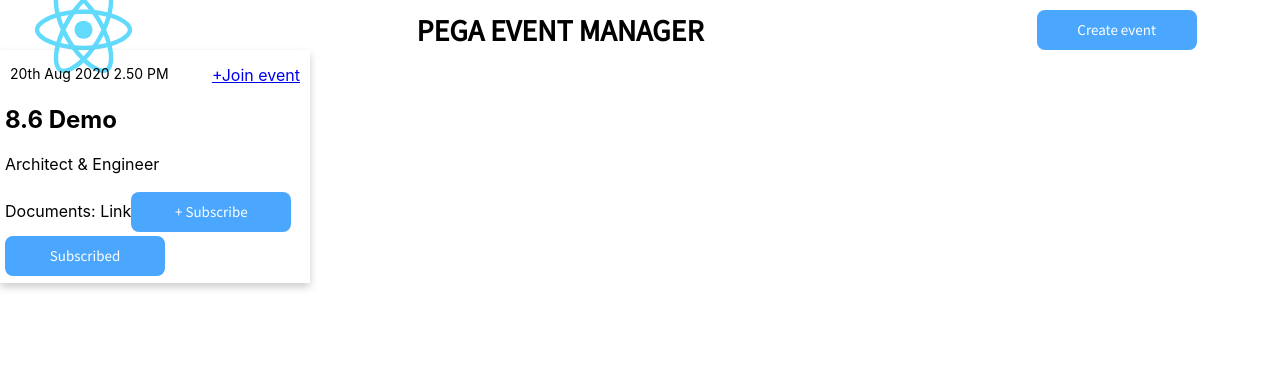
Repository: SasiVeeramachaneni/eventmanager
Page: /
The author's editor kept a copy of each file at every save. The page is drawn from the files as they stood at one save, then again after a run of saves.
The browser window is 1280 px wide. The pictures show the whole page.
The project was rebuilt for these pictures with package versions that can differ from the ones it lists, and the page was loaded fresh each time.

Above is the page before, as saved 2020-08-19 14:33:42.

After the next 2 saves:
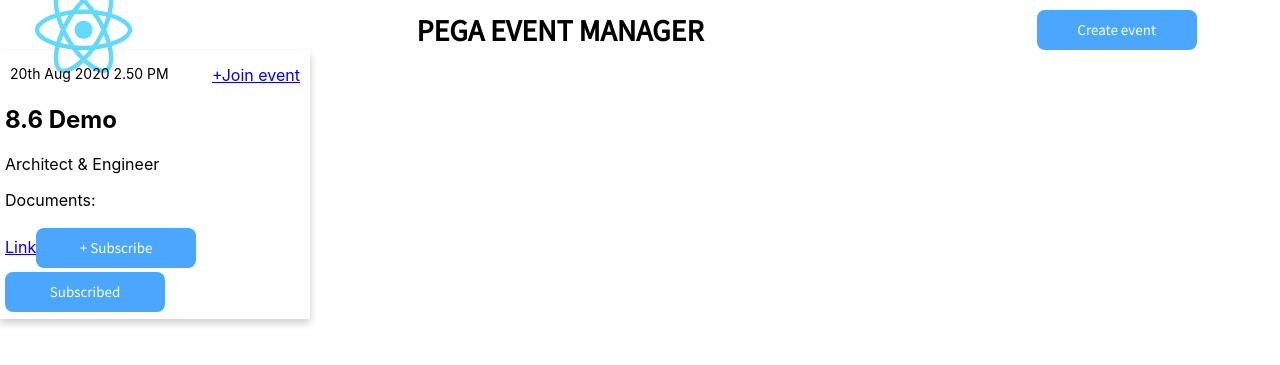
The 2 saves are shown as one change because 1 did not build or start.
The last was saved 50 s later.
--- a/src/Card.js
+++ b/src/Card.js
@@ -10,7 +10,7 @@
         </div>
         <h2><b>8.6 Demo</b></h2>
         <p>Architect & Engineer</p>
-        Documents: Link
+        <p>Documents:</p> <a href="url">Link</a>
         <button className="subscribe">+   Subscribe</button>
         <button className="subscribe">Subscribed</button>
       </div>
